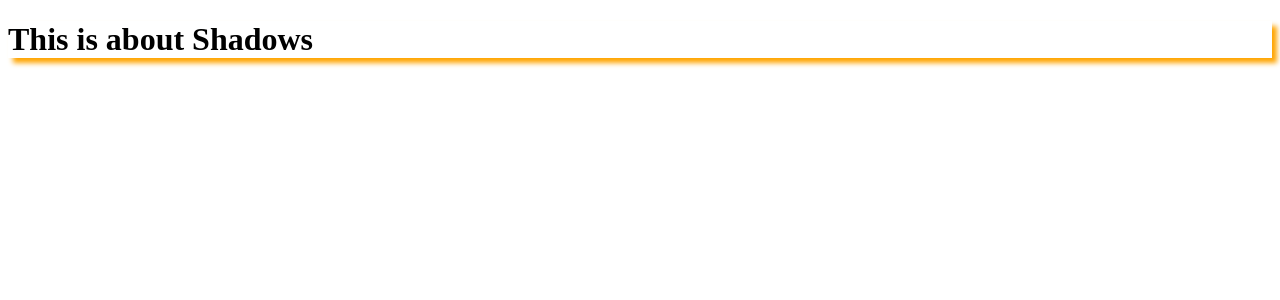
Repository: nottonofclay/csi_waymo
Page: shadows/shadows.html
The author's editor kept a copy of each file at every save. The page is drawn from the files as they stood at one save, then again after the next save.
The browser window is 1280 px wide. The pictures show the whole page.

Above is the page before, as saved 2023-07-06 12:05:06.

### shadows/shadows.html
<!DOCTYPE html>
<html lang="en">
<head>
    <meta charset="UTF-8">
    <meta name="viewport" content="width=device-width, initial-scale=1.0">
    <title>Document</title>
    <link rel="stylesheet" href="shadows.css">
</head>
<body>
    <h1>This is about Shadows</h1>
</body>
</html>

### shadows/shadows.css
/* x-axis || y-axis || spread || color*/
h1 {
    /* text-shadow: 5px -5px 3px red, -5px 5px 3px orange, 0px 0px 5px grey; */
    box-shadow: 5px 5px 5px orange;
}

After the next save:
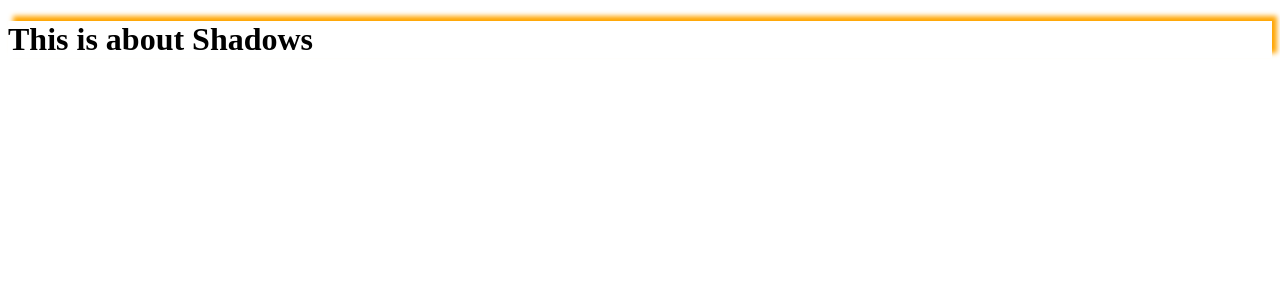
Saved 4 s later.
--- a/shadows/shadows.css
+++ b/shadows/shadows.css
@@ -1,5 +1,5 @@
 /* x-axis || y-axis || spread || color*/
 h1 {
     /* text-shadow: 5px -5px 3px red, -5px 5px 3px orange, 0px 0px 5px grey; */
-    box-shadow: 5px 5px 5px orange;
+    box-shadow: 5px -5px 5px orange;
 }
